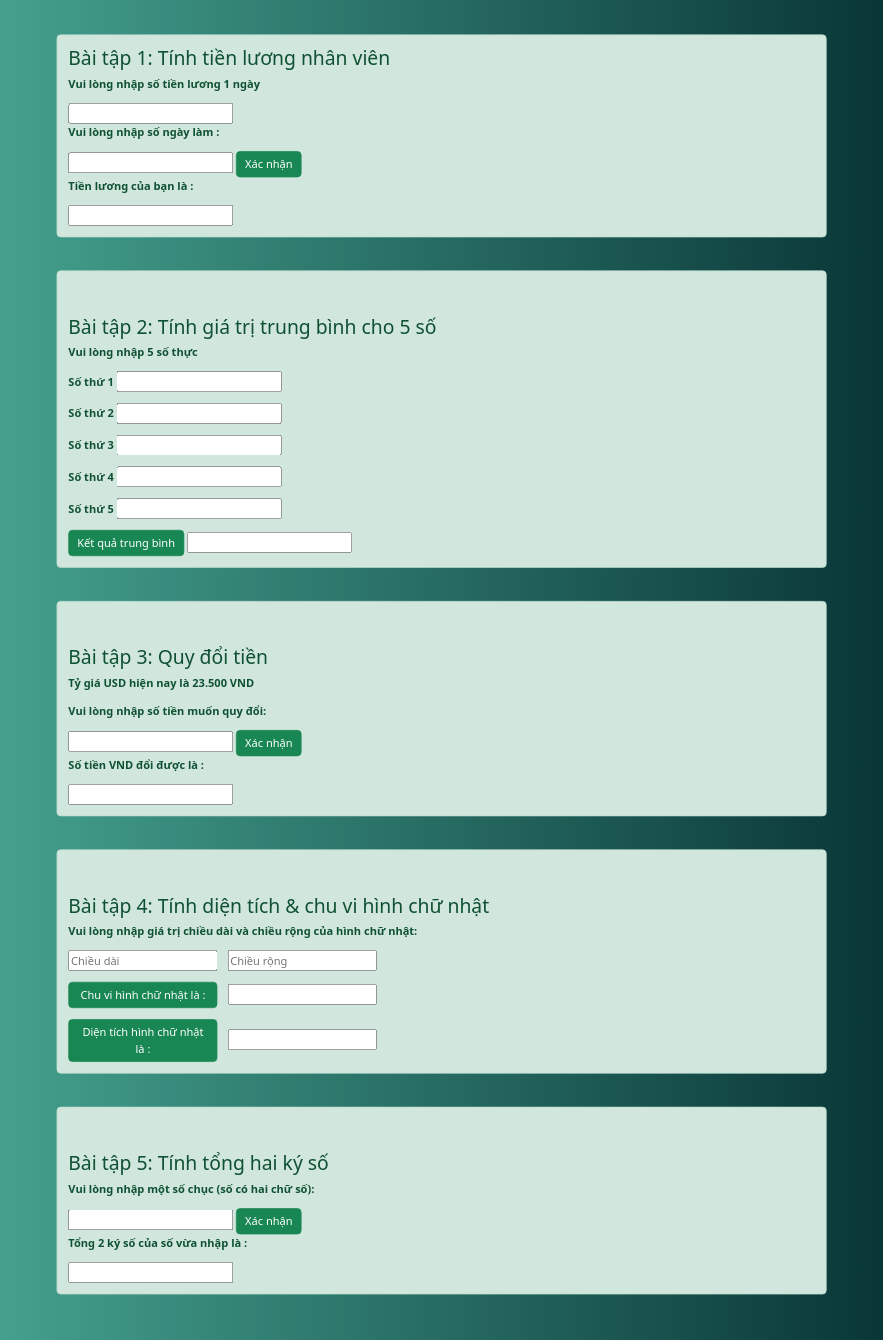
Repository: hcozyph/TranHuuPhuoc_BC43_BT_JS_Buoi2
Page: index.html
These files come from the project's save history. The page is drawn as it stood at one moment and after the next save; the edit follows.
The browser window is 1280 px wide. The pictures show the whole page, at 69% of full size.

Above is the page before, as saved 2023-02-03 21:08:19.

After the next save:
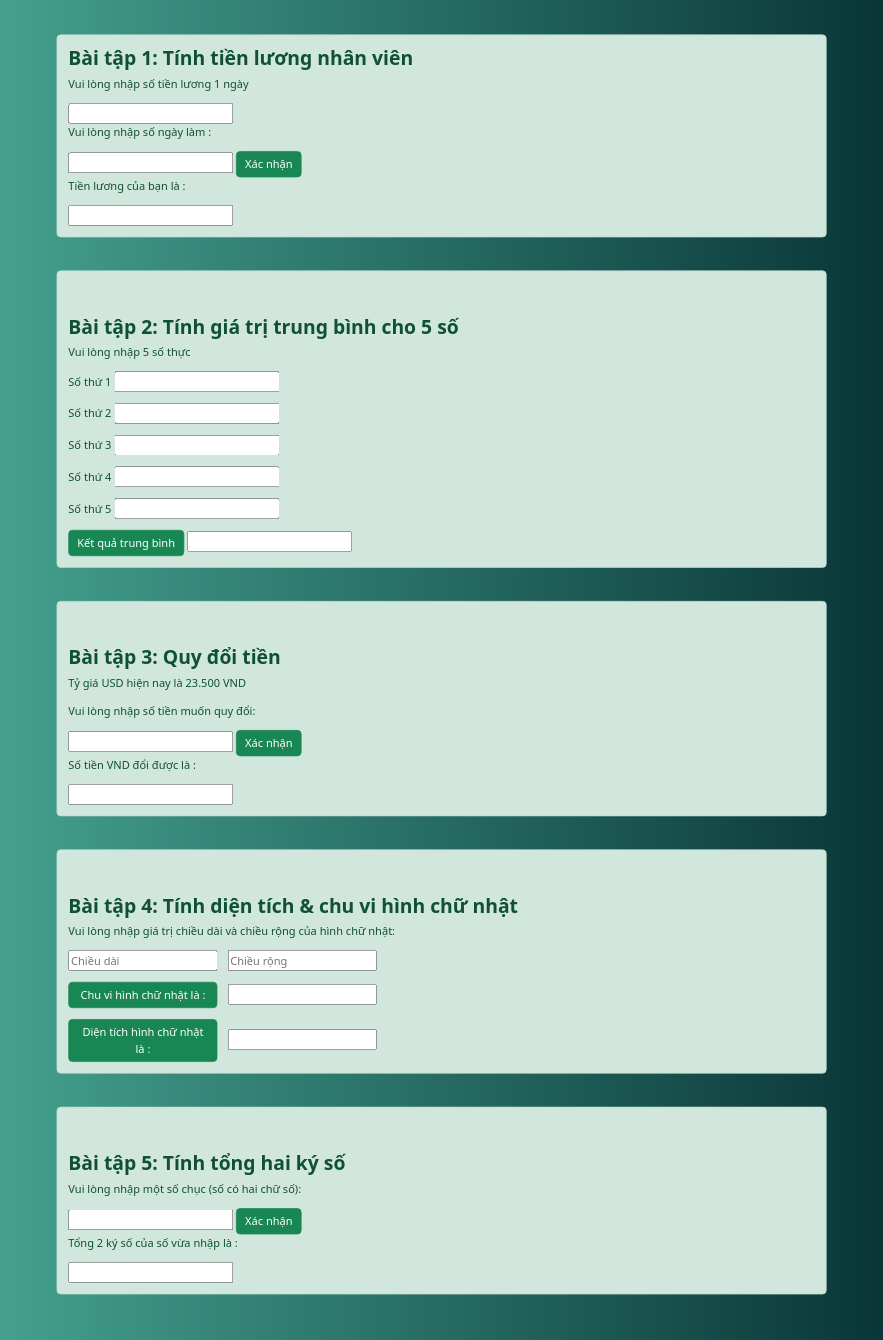
Saved 75 s later.
--- a/index.html
+++ b/index.html
@@ -45,8 +45,10 @@
             <!-- BT1 -->
             <div class="container">
                 <!-- BT-1 -->
-                <div class="BT1 alert alert-success fw-bold">
-                    <h1 class="fs-3">Bài tập 1: Tính tiền lương nhân viên</h1>
+                <div class="BT1 alert alert-success">
+                    <h1 class="fs-3 fw-bold">
+                        Bài tập 1: Tính tiền lương nhân viên
+                    </h1>
 
                     <!-- <div class="col-4"> -->
                     <p>Vui lòng nhập số tiền lương 1 ngày</p>
@@ -68,8 +70,8 @@
                 </div>
 
                 <!-- BT2 -->
-                <div class="BT2 alert alert-success mt-5 fw-bold">
-                    <h1 class="fs-3 mt-5">
+                <div class="BT2 alert alert-success mt-5">
+                    <h1 class="fs-3 mt-5 fw-bold">
                         Bài tập 2: Tính giá trị trung bình cho 5 số
                     </h1>
                     <p>Vui lòng nhập 5 số thực</p>
@@ -91,8 +93,8 @@
                 </div>
 
                 <!-- BT3 -->
-                <div class="BT3 alert alert-success mt-5 fw-bold">
-                    <h1 class="fs-3 mt-5">Bài tập 3: Quy đổi tiền</h1>
+                <div class="BT3 alert alert-success mt-5">
+                    <h1 class="fs-3 mt-5 fw-bold">Bài tập 3: Quy đổi tiền</h1>
                     <p>Tỷ giá USD hiện nay là 23.500 VND</p>
                     <p>Vui lòng nhập số tiền muốn quy đổi:</p>
 
@@ -110,8 +112,8 @@
                 </div>
 
                 <!-- BT4 -->
-                <div class="BT4 alert alert-success mt-5 fw-bold">
-                    <h1 class="fs-3 mt-5">
+                <div class="BT4 alert alert-success mt-5">
+                    <h1 class="fs-3 mt-5 fw-bold">
                         Bài tập 4: Tính diện tích & chu vi hình chữ nhật
                     </h1>
                     <p>
@@ -143,8 +145,10 @@
                 </div>
 
                 <!-- BT5 -->
-                <div class="BT5 alert alert-success mt-5 fw-bold">
-                    <h1 class="fs-3 mt-5">Bài tập 5: Tính tổng hai ký số</h1>
+                <div class="BT5 alert alert-success mt-5">
+                    <h1 class="fs-3 mt-5 fw-bold">
+                        Bài tập 5: Tính tổng hai ký số
+                    </h1>
                     <p>Vui lòng nhập một số chục (số có hai chữ số):</p>
                     <input type="number" id="inputSoChuc" />
                     <button class="btn btn-success" onclick="tong2KySo()">
